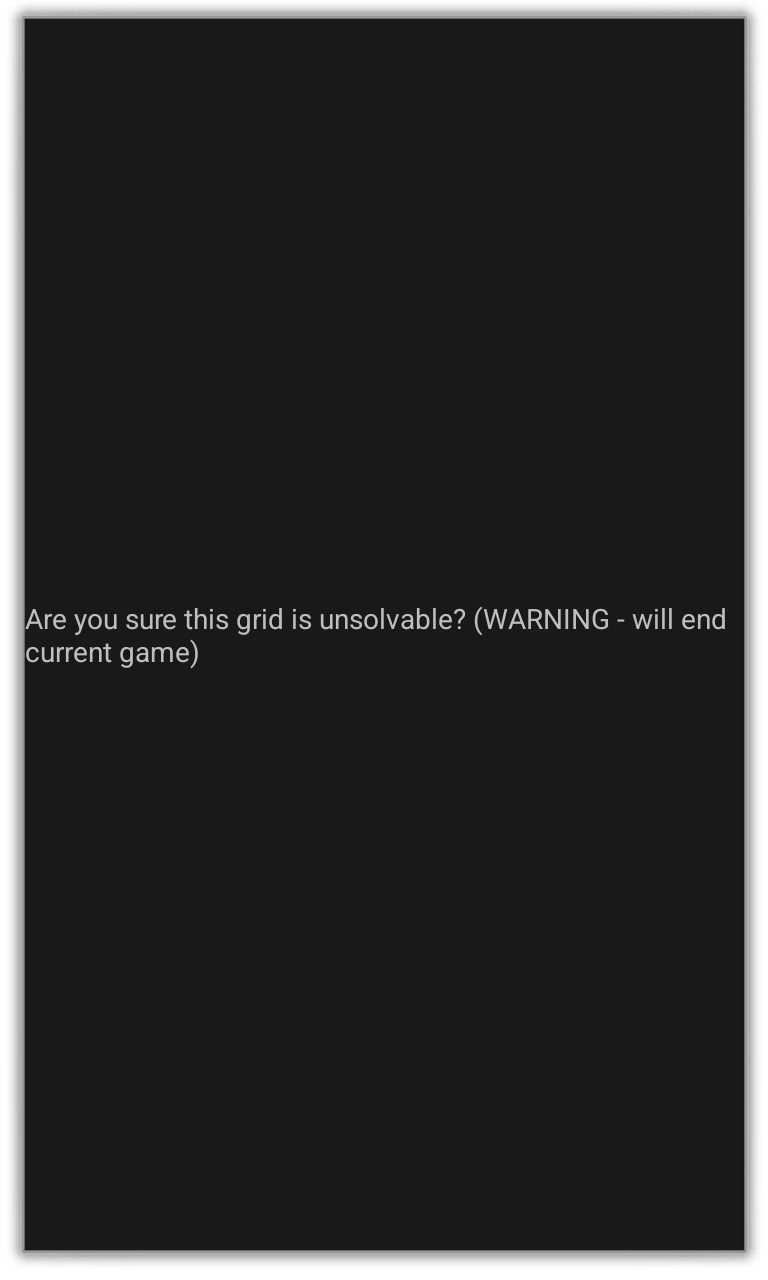
Repository: rickydalziel/project
Layout: Numbersorter/res/layout/activity_unsolve_dialog.xml
The author's editor kept a copy of each file at every save. The layout is drawn from the files as they stood at one save, then again after the next save.
It is drawn on a 768 x 1280 px phone screen (xhdpi) without system bars, with theme android:Theme.Dialog; the app's code is not run.

Above is the layout before, as saved 2013-03-07 13:15:03.

### Numbersorter/res/layout/activity_unsolve_dialog.xml
<RelativeLayout xmlns:android="http://schemas.android.com/apk/res/android"
    xmlns:tools="http://schemas.android.com/tools"
    android:layout_width="match_parent"
    android:layout_height="match_parent"
    tools:context=".UnsolveDialog" >

    <TextView
        android:layout_width="wrap_content"
        android:layout_height="wrap_content"
        android:layout_centerHorizontal="true"
        android:layout_centerVertical="true"
        android:text="@string/unsolveable" />


    <TableLayout>

      	<TableRow>

        <Button
            android:id="@+id/unsolve_yes_button"
            android:layout_width="fill_parent"
            android:layout_height="fill_parent"
            android:text="@string/yes"
            android:onClick="yesPressed"/>

         <Button
            android:id="@+id/unsolve_cancel_button"
            android:layout_width="fill_parent"
            android:layout_height="fill_parent"
            android:text="@string/cancel"
            android:onClick="cancelPressed"  />

	    </TableRow>


    </TableLayout>

</RelativeLayout>

### Numbersorter/res/values/strings.xml
<?xml version="1.0" encoding="utf-8"?>
<resources>

    <!-- Main menu strings -->

    <string name="app_name">Numbersorter</string>
    <string name="main_menu">Main Menu</string>
    <string name="menu_settings">Settings</string>
    <string name="title_activity_main">Number Sorter</string>
    <string name="new_game">New Game</string>
    <string name="continue_game">Continue</string>
    <string name="about">About</string>
    <string name="exit_game">Exit</string>

    <!-- About scree strings -->

    <string name="about_app">About Numbersorter</string>
    <string name="about_text">	    Numbersorter is a program written and desgned by Ricky Dalziel, for his 4th year honours project.
	    The aim of the game is to swipe a mxn grid of numbers into position so that they read from 1 - (m*n).
	</string>
    <string name="hello_world">Hello world!</string>
    <string name="title_activity_about">AboutActivity</string>

    <!-- New game dialog strings -->

    <string name="newgametext">Please select a board width and height</string>
    <string name="height">Height</string>
    <string name="width">Width</string>
    <string name="cancel">Cancel</string>

    <!-- Array options for the dialog box -->

    <string-array name="size_array">
        <item>3</item>
        <item>4</item>
        <item>5</item>
        <item>6</item>
    </string-array>

    <string name="title_activity_game">Game</string>
    <string name="title_activity_unsolve_dialog">Unsolveable?</string>
    <string name="unsolveable">Are you sure this grid is unsolvable? (WARNING -  will end current game)</string>
    <string name="yes">Yes</string>
    <string name="no">No</string>

</resources>

After the next save:
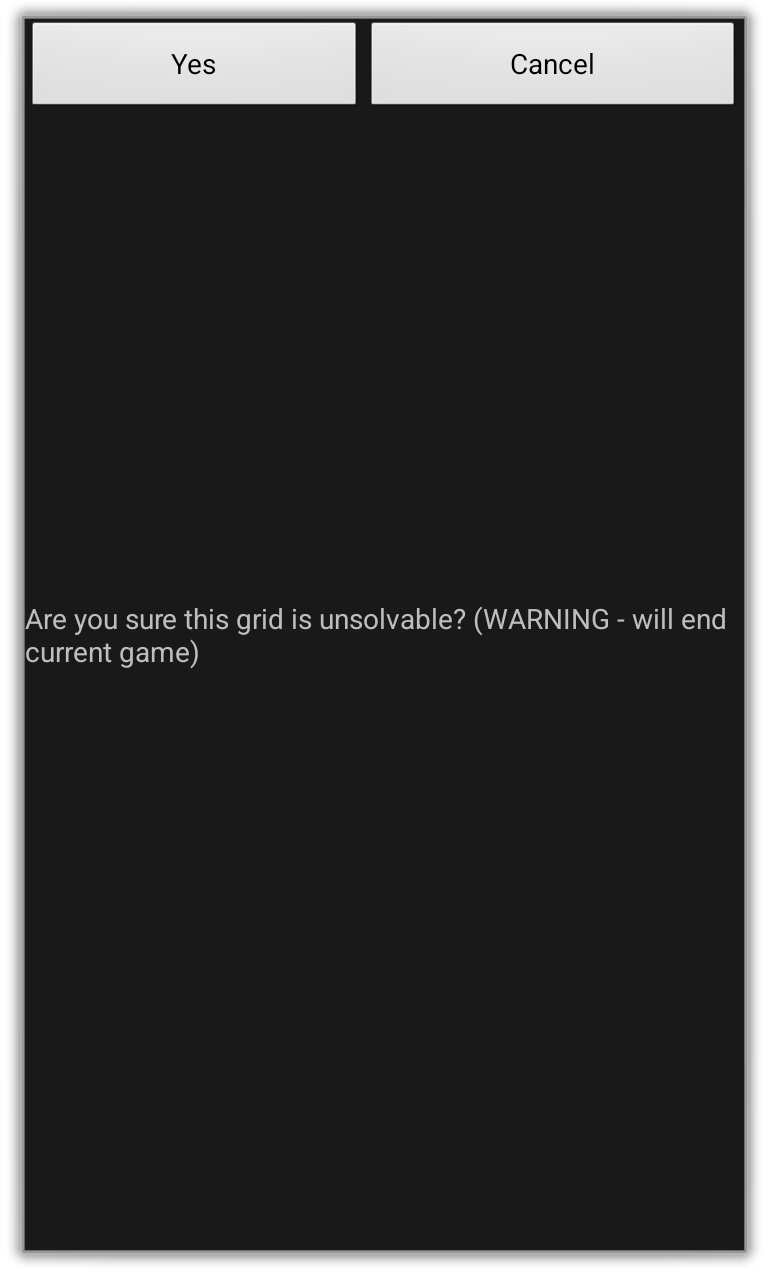
Saved 2 min 55 s later.
--- a/Numbersorter/res/layout/activity_unsolve_dialog.xml
+++ b/Numbersorter/res/layout/activity_unsolve_dialog.xml
@@ -12,7 +12,11 @@
         android:text="@string/unsolveable" />
 
 
-    <TableLayout>
+    <TableLayout
+       	android:layout_height="wrap_content"
+        android:layout_width="wrap_content"
+        android:layout_gravity="center"
+        android:stretchColumns="*">
 
       	<TableRow>
 
